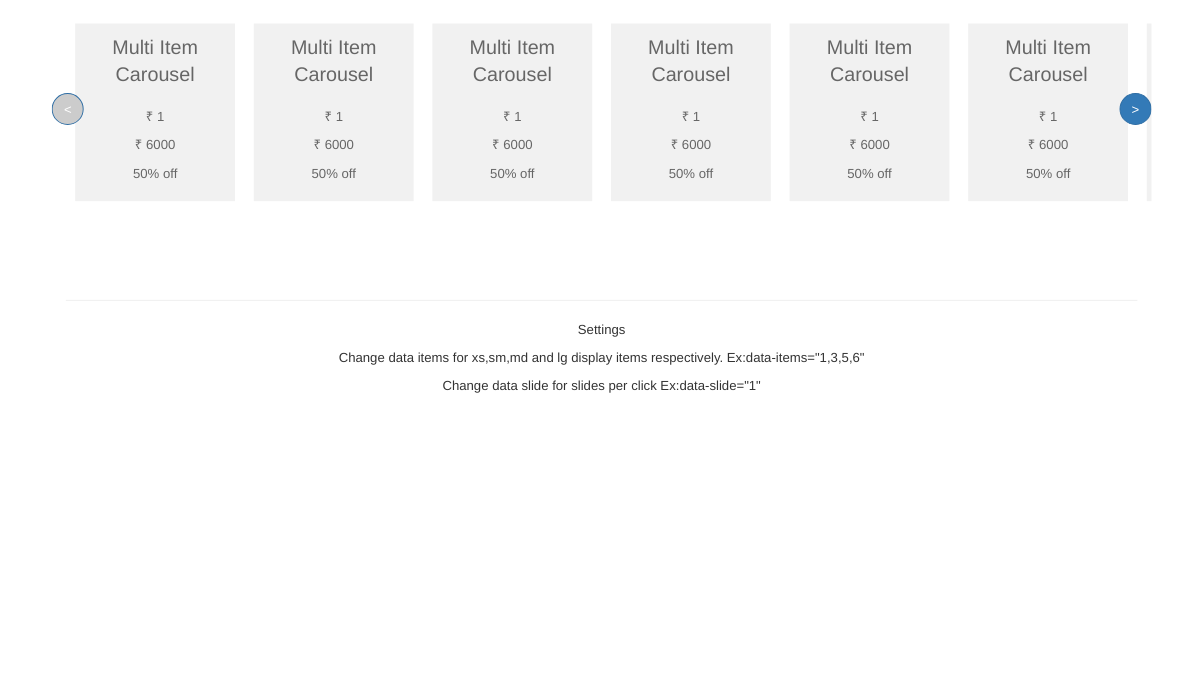
Repository: isranivishal/TsecCodestorm
Page: slider.html
The author's editor kept a copy of each file at every save. The page is drawn from the files as they stood at one save, then again after the next save.
The browser window is 1280 px wide. The pictures show the whole page, at 94% of full size.
Some web libraries are served in a nearby version.

Above is the page before, as saved 2018-09-21 17:12:28.

### slider.html
<!Doctype HTML>
<html>
    <head>
            <link rel="stylesheet" href="https://maxcdn.bootstrapcdn.com/bootstrap/3.3.7/css/bootstrap.min.css">
            <script src="https://ajax.googleapis.com/ajax/libs/jquery/3.3.1/jquery.min.js"></script>
            <script src="https://maxcdn.bootstrapcdn.com/bootstrap/3.3.7/js/bootstrap.min.js"></script>
            <link rel="stylesheet" href="https://cdnjs.cloudflare.com/ajax/libs/animate.css/3.5.2/animate.min.css">
            <link href="//maxcdn.bootstrapcdn.com/bootstrap/3.3.0/css/bootstrap.min.css" rel="stylesheet" id="bootstrap-css">
            <script src="//maxcdn.bootstrapcdn.com/bootstrap/3.3.0/js/bootstrap.min.js"></script>
            <script src="//code.jquery.com/jquery-1.11.1.min.js"></script>


            <style>
                .MultiCarousel { float: left; overflow: hidden; padding: 15px; width: 100%; position:relative; }
    .MultiCarousel .MultiCarousel-inner { transition: 1s ease all; float: left; }
        .MultiCarousel .MultiCarousel-inner .item { float: left;}
        .MultiCarousel .MultiCarousel-inner .item > div { text-align: center; padding:10px; margin:10px; background:#f1f1f1; color:#666;}
    .MultiCarousel .leftLst, .MultiCarousel .rightLst { position:absolute; border-radius:50%;top:calc(50% - 20px); }
    .MultiCarousel .leftLst { left:0; }
    .MultiCarousel .rightLst { right:0; }

        .MultiCarousel .leftLst.over, .MultiCarousel .rightLst.over { pointer-events: none; background:#ccc; }
            </style>


        <script>
            $(document).ready(function () {
    var itemsMainDiv = ('.MultiCarousel');
    var itemsDiv = ('.MultiCarousel-inner');
    var itemWidth = "";

    $('.leftLst, .rightLst').click(function () {
        var condition = $(this).hasClass("leftLst");
        if (condition)
            click(0, this);
        else
            click(1, this)
    });

    ResCarouselSize();




    $(window).resize(function () {
        ResCarouselSize();
    });

    //this function define the size of the items
    function ResCarouselSize() {
        var incno = 0;
        var dataItems = ("data-items");
        var itemClass = ('.item');
        var id = 0;
        var btnParentSb = '';
        var itemsSplit = '';
        var sampwidth = $(itemsMainDiv).width();
        var bodyWidth = $('body').width();
        $(itemsDiv).each(function () {
            id = id + 1;
            var itemNumbers = $(this).find(itemClass).length;
            btnParentSb = $(this).parent().attr(dataItems);
            itemsSplit = btnParentSb.split(',');
            $(this).parent().attr("id", "MultiCarousel" + id);


            if (bodyWidth >= 1200) {
                incno = itemsSplit[3];
                itemWidth = sampwidth / incno;
            }
            else if (bodyWidth >= 992) {
                incno = itemsSplit[2];
                itemWidth = sampwidth / incno;
            }
            else if (bodyWidth >= 768) {
                incno = itemsSplit[1];
                itemWidth = sampwidth / incno;
            }
            else {
                incno = itemsSplit[0];
                itemWidth = sampwidth / incno;
            }
            $(this).css({ 'transform': 'translateX(0px)', 'width': itemWidth * itemNumbers });
            $(this).find(itemClass).each(function () {
                $(this).outerWidth(itemWidth);
            });

            $(".leftLst").addClass("over");
            $(".rightLst").removeClass("over");

        });
    }


    //this function used to move the items
    function ResCarousel(e, el, s) {
        var leftBtn = ('.leftLst');
        var rightBtn = ('.rightLst');
        var translateXval = '';
        var divStyle = $(el + ' ' + itemsDiv).css('transform');
        var values = divStyle.match(/-?[\d\.]+/g);
        var xds = Math.abs(values[4]);
        if (e == 0) {
            translateXval = parseInt(xds) - parseInt(itemWidth * s);
            $(el + ' ' + rightBtn).removeClass("over");

            if (translateXval <= itemWidth / 2) {
                translateXval = 0;
                $(el + ' ' + leftBtn).addClass("over");
            }
        }
        else if (e == 1) {
            var itemsCondition = $(el).find(itemsDiv).width() - $(el).width();
            translateXval = parseInt(xds) + parseInt(itemWidth * s);
            $(el + ' ' + leftBtn).removeClass("over");

            if (translateXval >= itemsCondition - itemWidth / 2) {
                translateXval = itemsCondition;
                $(el + ' ' + rightBtn).addClass("over");
            }
        }
        $(el + ' ' + itemsDiv).css('transform', 'translateX(' + -translateXval + 'px)');
    }

    //It is used to get some elements from btn
    function click(ell, ee) {
        var Parent = "#" + $(ee).parent().attr("id");
        var slide = $(Parent).attr("data-slide");
        ResCarousel(ell, Parent, slide);
    }

});
        </script>
    </head>

    <body>

            <div class="container">
                    <div class="row">
                        <div class="MultiCarousel" data-items="1,3,5,6" data-slide="1" id="MultiCarousel"  data-interval="1000">
                            <div class="MultiCarousel-inner">
                                <div class="item">
                                    <div class="pad15">
                                        <p class="lead">Multi Item Carousel</p>
                                        <p>₹ 1</p>
                                        <p>₹ 6000</p>
                                        <p>50% off</p>
                                    </div>
                                </div>
                                <div class="item">
                                    <div class="pad15">
                                        <p class="lead">Multi Item Carousel</p>
                                        <p>₹ 1</p>
                                        <p>₹ 6000</p>
                                        <p>50% off</p>
                                    </div>
                                </div>
                                <div class="item">
                                    <div class="pad15">
                                        <p class="lead">Multi Item Carousel</p>
                                        <p>₹ 1</p>
                                        <p>₹ 6000</p>
                                        <p>50% off</p>
                                    </div>
                                </div>
                                <div class="item">
                                    <div class="pad15">
                                        <p class="lead">Multi Item Carousel</p>
                                        <p>₹ 1</p>
                                        <p>₹ 6000</p>
                                        <p>50% off</p>
                                    </div>
                                </div>
                                <div class="item">
                                    <div class="pad15">
                                        <p class="lead">Multi Item Carousel</p>
                                        <p>₹ 1</p>
                                        <p>₹ 6000</p>
                                        <p>50% off</p>
                                    </div>
                                </div>
                                <div class="item">
                                    <div class="pad15">
                                        <p class="lead">Multi Item Carousel</p>
                                        <p>₹ 1</p>
                                        <p>₹ 6000</p>
                                        <p>50% off</p>
                                    </div>
                                </div>
                                <div class="item">
                                    <div class="pad15">
                                        <p class="lead">Multi Item Carousel</p>
                                        <p>₹ 1</p>
                                        <p>₹ 6000</p>
                                        <p>50% off</p>
                                    </div>
                                </div>
                                <div class="item">
                                    <div class="pad15">
                                        <p class="lead">Multi Item Carousel</p>
                                        <p>₹ 1</p>
                                        <p>₹ 6000</p>
                                        <p>50% off</p>
                                    </div>
                                </div>
                                <div class="item">
                                    <div class="pad15">
                                        <p class="lead">Multi Item Carousel</p>
                                        <p>₹ 1</p>
                                        <p>₹ 6000</p>
                                        <p>50% off</p>
                                    </div>
                                </div>
                                <div class="item">
                                    <div class="pad15">
                                        <p class="lead">Multi Item Carousel</p>
                                        <p>₹ 1</p>
                                        <p>₹ 6000</p>
                                        <p>50% off</p>
                                    </div>
                                </div>
                                <div class="item">
                                    <div class="pad15">
                                        <p class="lead">Multi Item Carousel</p>
                                        <p>₹ 1</p>
                                        <p>₹ 6000</p>
                                        <p>50% off</p>
                                    </div>
                                </div>
                                <div class="item">
                                    <div class="pad15">
                                        <p class="lead">Multi Item Carousel</p>
                                        <p>₹ 1</p>
                                        <p>₹ 6000</p>
                                        <p>50% off</p>
                                    </div>
                                </div>
                                <div class="item">
                                    <div class="pad15">
                                        <p class="lead">Multi Item Carousel</p>
                                        <p>₹ 1</p>
                                        <p>₹ 6000</p>
                                        <p>50% off</p>
                                    </div>
                                </div>
                                <div class="item">
                                    <div class="pad15">
                                        <p class="lead">Multi Item Carousel</p>
                                        <p>₹ 1</p>
                                        <p>₹ 6000</p>
                                        <p>50% off</p>
                                    </div>
                                </div>
                                <div class="item">
                                    <div class="pad15">
                                        <p class="lead">Multi Item Carousel</p>
                                        <p>₹ 1</p>
                                        <p>₹ 6000</p>
                                        <p>50% off</p>
                                    </div>
                                </div>
                                <div class="item">
                                    <div class="pad15">
                                        <p class="lead">Multi Item Carousel</p>
                                        <p>₹ 1</p>
                                        <p>₹ 6000</p>
                                        <p>50% off</p>
                                    </div>
                                </div>
                            </div>
                            <button class="btn btn-primary leftLst"><</button>
                            <button class="btn btn-primary rightLst">></button>
                        </div>
                    </div>
                    <div class="row">
                        <div class="col-md-12 text-center">
                            <br/><br/><br/>
                            <hr/>
                            <p>Settings</p>
                            <p>Change data items for xs,sm,md and lg display items respectively. Ex:data-items="1,3,5,6"</p>
                            <p>Change data slide for slides per click Ex:data-slide="1"</p>
                        </div>
                    </div>
                </div>
    </body>
</html>

After the next save:
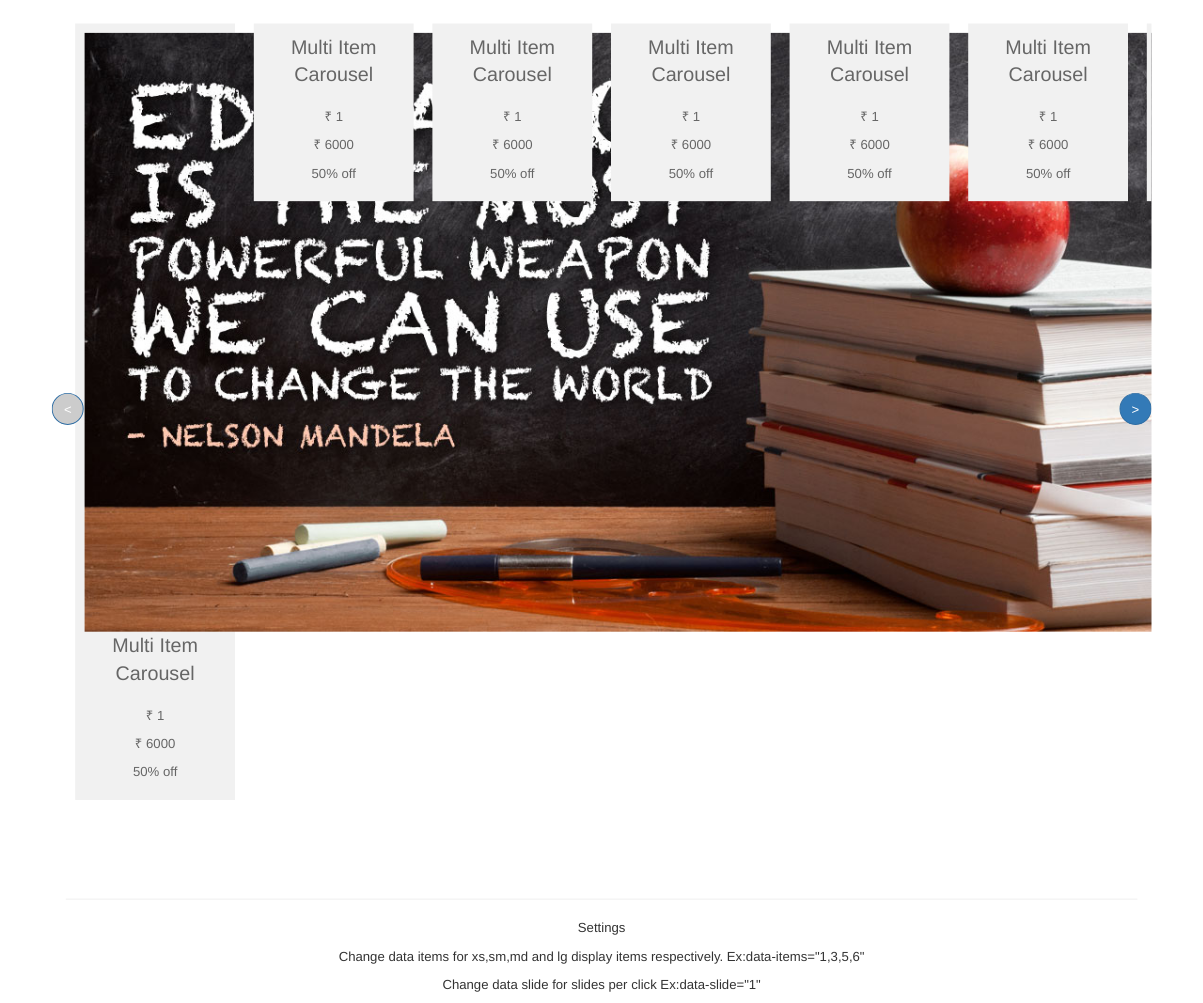
Saved 2 min 55 s later.
--- a/slider.html
+++ b/slider.html
@@ -141,6 +141,7 @@
                             <div class="MultiCarousel-inner">
                                 <div class="item">
                                     <div class="pad15">
+                                    <img src="education.jpg"></img>
                                         <p class="lead">Multi Item Carousel</p>
                                         <p>₹ 1</p>
                                         <p>₹ 6000</p>
